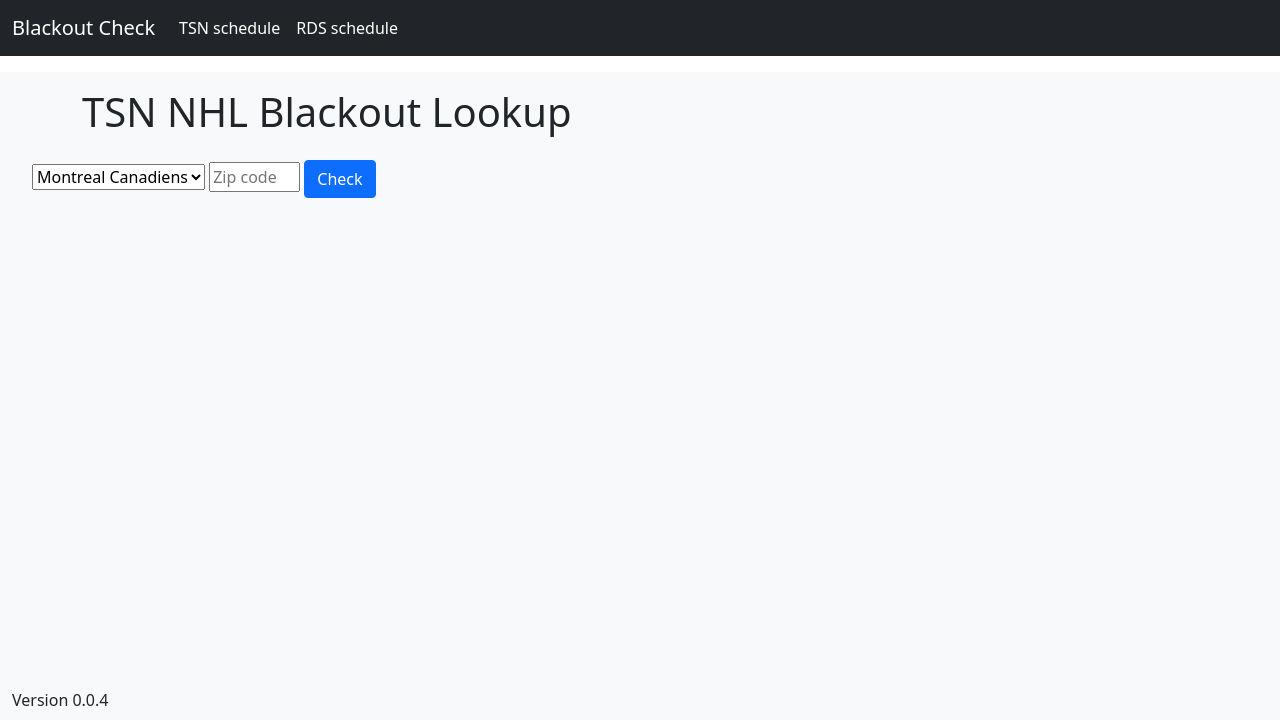
Repository: teban004/blackoutCheck
Page: index.html
The author's editor kept a copy of each file at every save. The page is drawn from the files as they stood at one save, then again after the next save.
The browser window is 1280 px wide. The pictures show the whole page.

Above is the page before, as saved 2022-01-14 15:33:16.

After the next save:
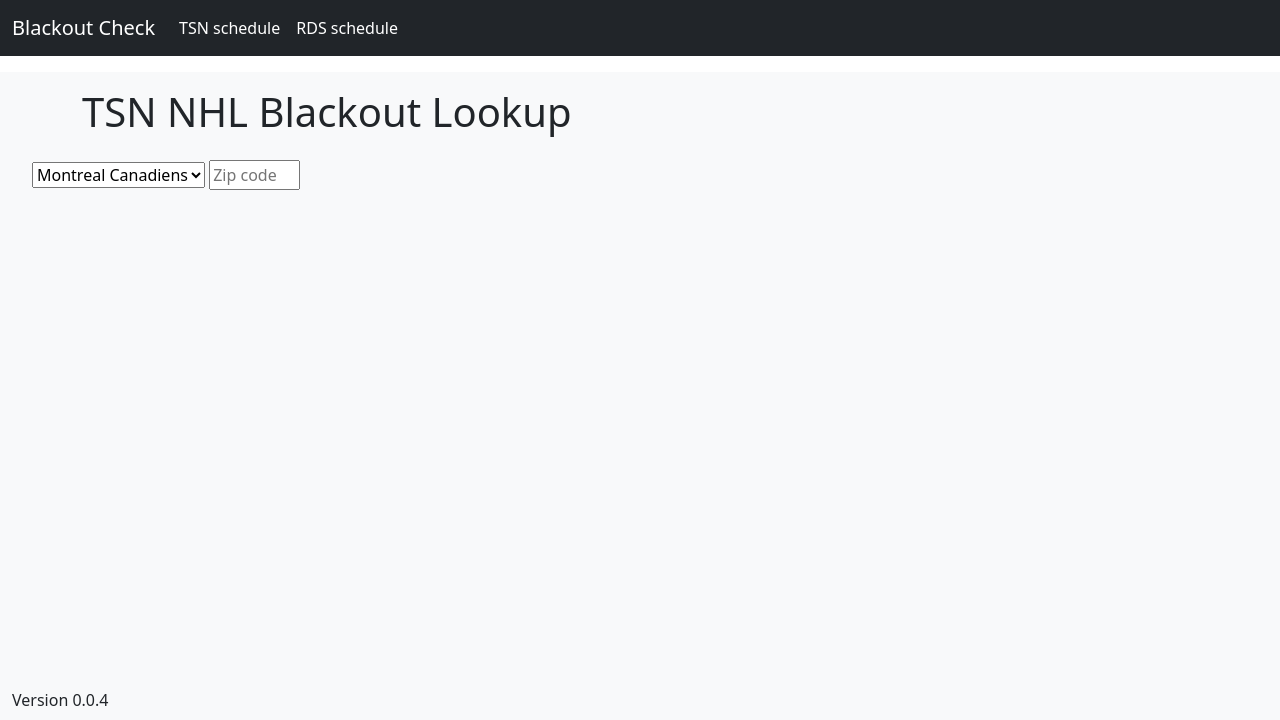
Console error: TypeError: Cannot read properties of null (reading 'addEventListener')
Saved 15 min 39 s later.
--- a/index.html
+++ b/index.html
@@ -52,7 +52,6 @@
 						<option value="Jets">Winnipeg Jets</option>
 					</select>
 					<input type="text" name="zipCode" id="zipCode" maxlength="3" size="4" placeholder="Zip code">
-					<button id="checkButton" class="btn btn-primary">Check</button>
 				</div>
 			</div>
 			<div class="col-md-8">
